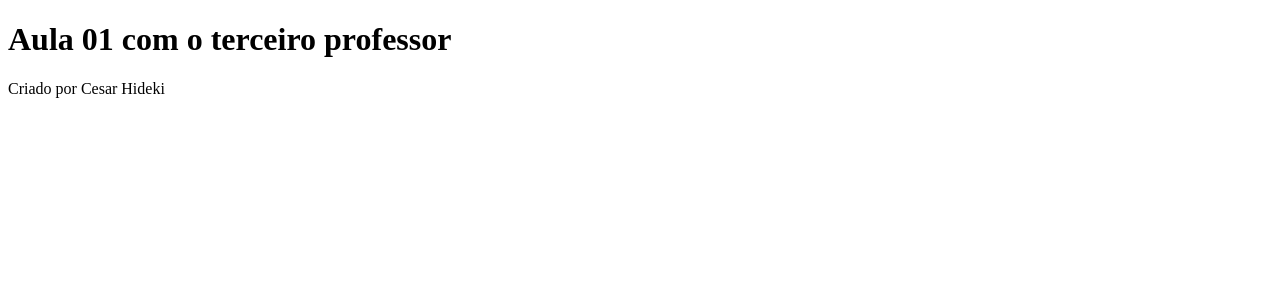
Repository: geracao-11/aula-01-pt2
Page: index.html
An editor plug-in stored every save of this project. The page is shown before and after a run of saves, followed by the edit.
The browser window is 1280 px wide. The pictures show the whole page.

Above is the page before, as saved 2025-04-09 10:11:29.

### index.html
<!DOCTYPE html>
<html lang="en">
<head>
    <meta charset="UTF-8">
    <meta name="viewport" content="width=device-width, initial-scale=1.0">
    <title>AULA 01</title>
    <link rel="stylesheet" href="style.css">
</head>
<body>
    <header>

    </header>
    <main>
        <h1>Aula 01 com o terceiro professor</h1>
        <p></p>
    </main>
    <footer>
        Criado por Cesar Hideki
    </footer>
</body>
</html>

Loaded but not shown: style.css (no stored copy; drawn as an empty file)

After the next 2 saves:
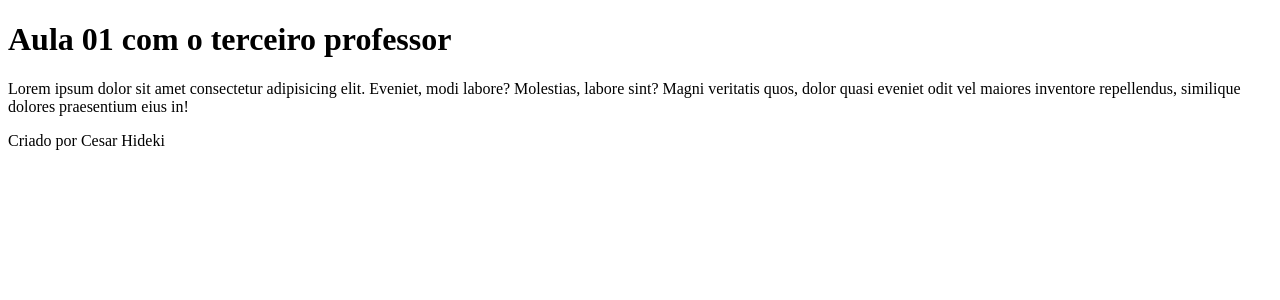
The 2 saves are shown as one change because they came seconds apart.
The last was saved 8 s later.
--- a/index.html
+++ b/index.html
@@ -12,7 +12,7 @@
     </header>
     <main>
         <h1>Aula 01 com o terceiro professor</h1>
-        <p></p>
+        <p>Lorem ipsum dolor sit amet consectetur adipisicing elit. Eveniet, modi labore? Molestias, labore sint? Magni veritatis quos, dolor quasi eveniet odit vel maiores inventore repellendus, similique dolores praesentium eius in!</p>
     </main>
     <footer>
         Criado por Cesar Hideki
